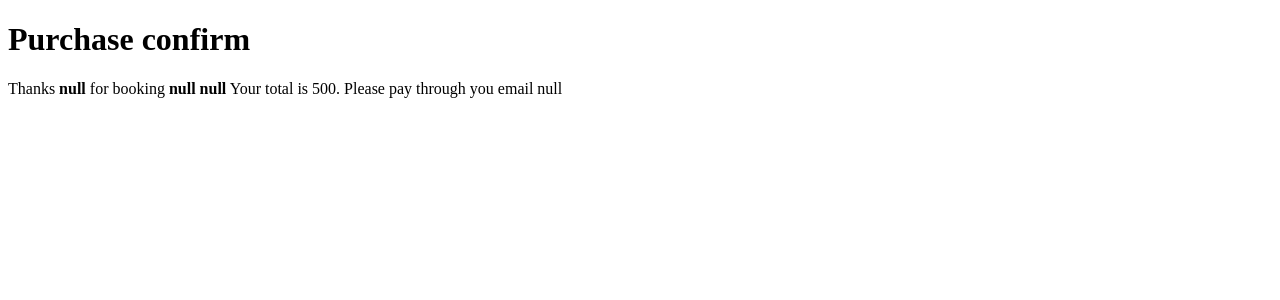
Repository: FatCat0712/JSP
Page: http://localhost/bai_20/trangDatHang.jsp
The author's editor kept a copy of each file at every save. The page is drawn from the files as they stood at one save, then again after the next save.
The browser window is 1280 px wide. The pictures show the whole page.
The page is served by Tomcat 9.

Above is the page before, as saved 2024-04-22 01:54:01.

After the next save:
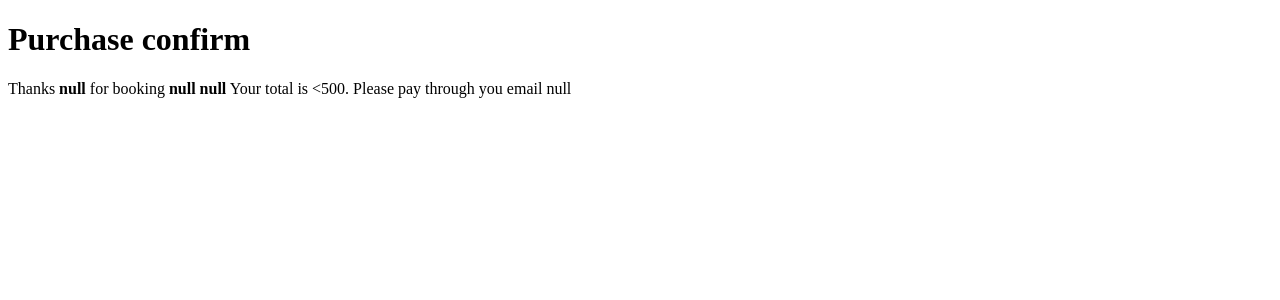
Saved 10 s later.
--- a/bai_20/src/main/webapp/trangDatHang.jsp
+++ b/bai_20/src/main/webapp/trangDatHang.jsp
@@ -21,7 +21,7 @@
 	%>
 	<p>
 	 	Thanks <b><%= customerName %></b> for booking <b><%= quantity %></b> <b><%= productName %></b>
-	 	Your total is <%= 100 * 5 %>. Please pay through you email <%=email %>
-	</pre>
+	 	Your total is <<%= 100 * 5 %>. Please pay through you email <%=email %>
+	</p>
 </body>
 </html>

After the save that followed:
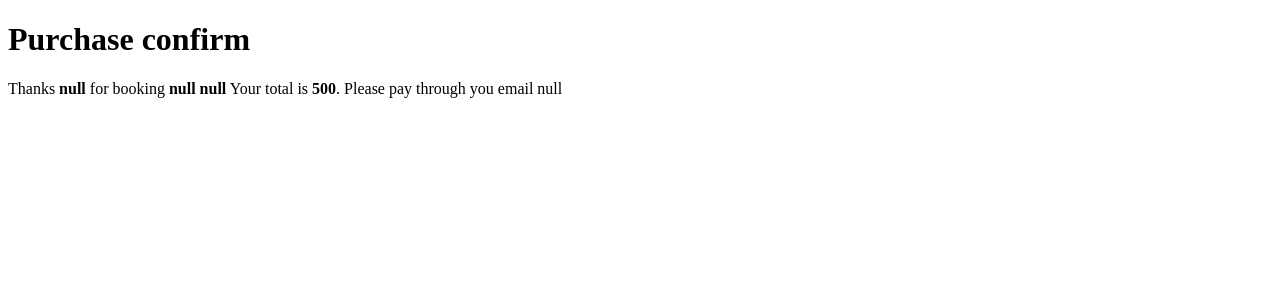
Saved 12 s later.
--- a/bai_20/src/main/webapp/trangDatHang.jsp
+++ b/bai_20/src/main/webapp/trangDatHang.jsp
@@ -21,7 +21,7 @@
 	%>
 	<p>
 	 	Thanks <b><%= customerName %></b> for booking <b><%= quantity %></b> <b><%= productName %></b>
-	 	Your total is <<%= 100 * 5 %>. Please pay through you email <%=email %>
+	 	Your total is <b><%= 100 * 5 %></b>. Please pay through you email <%=email %>
 	</p>
 </body>
 </html>
